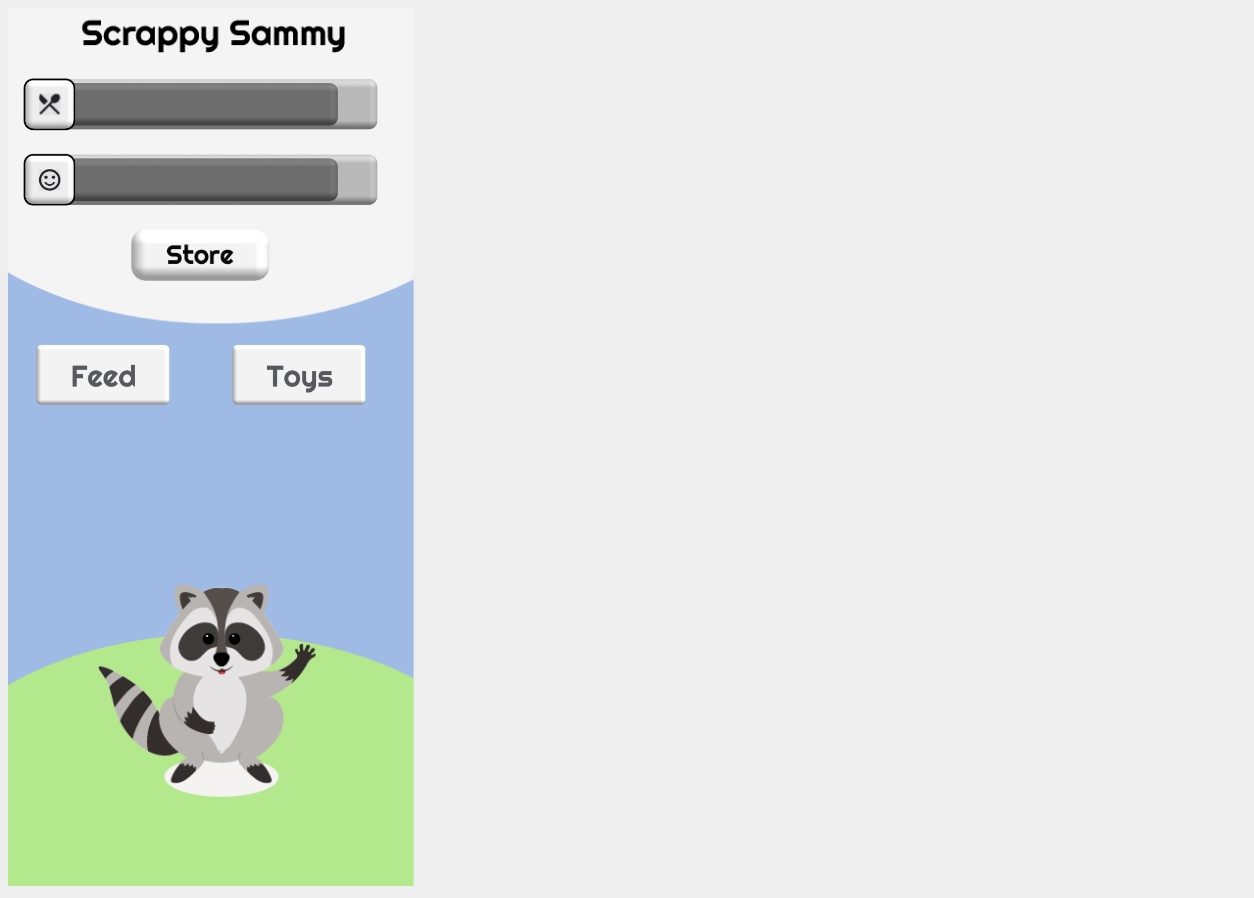
Repository: alemunden/Trash-Scavengers
Page: /Scrappy
The author's editor kept a copy of each file at every save. The page is drawn from the files as they stood at one save, then again after the next save.
The browser window is 1280 px wide. The pictures show the whole page, at 98% of full size.
The project was rebuilt for these pictures with package versions that can differ from the ones it lists, and the page was loaded fresh each time. The framework's server and built-in components were replaced by stand-ins that run in the browser. Also part of the build but not shown: next.config.mjs, components/NavBar/NavBar.module.css, components/NavBar/index.js, styles/quiz.module.css, components/Button/Button.module.css, components/Button/index.js, data/data.js, pages/quiz.js.

Above is the page before, as saved 2024-04-29 09:50:50.

After the next save:
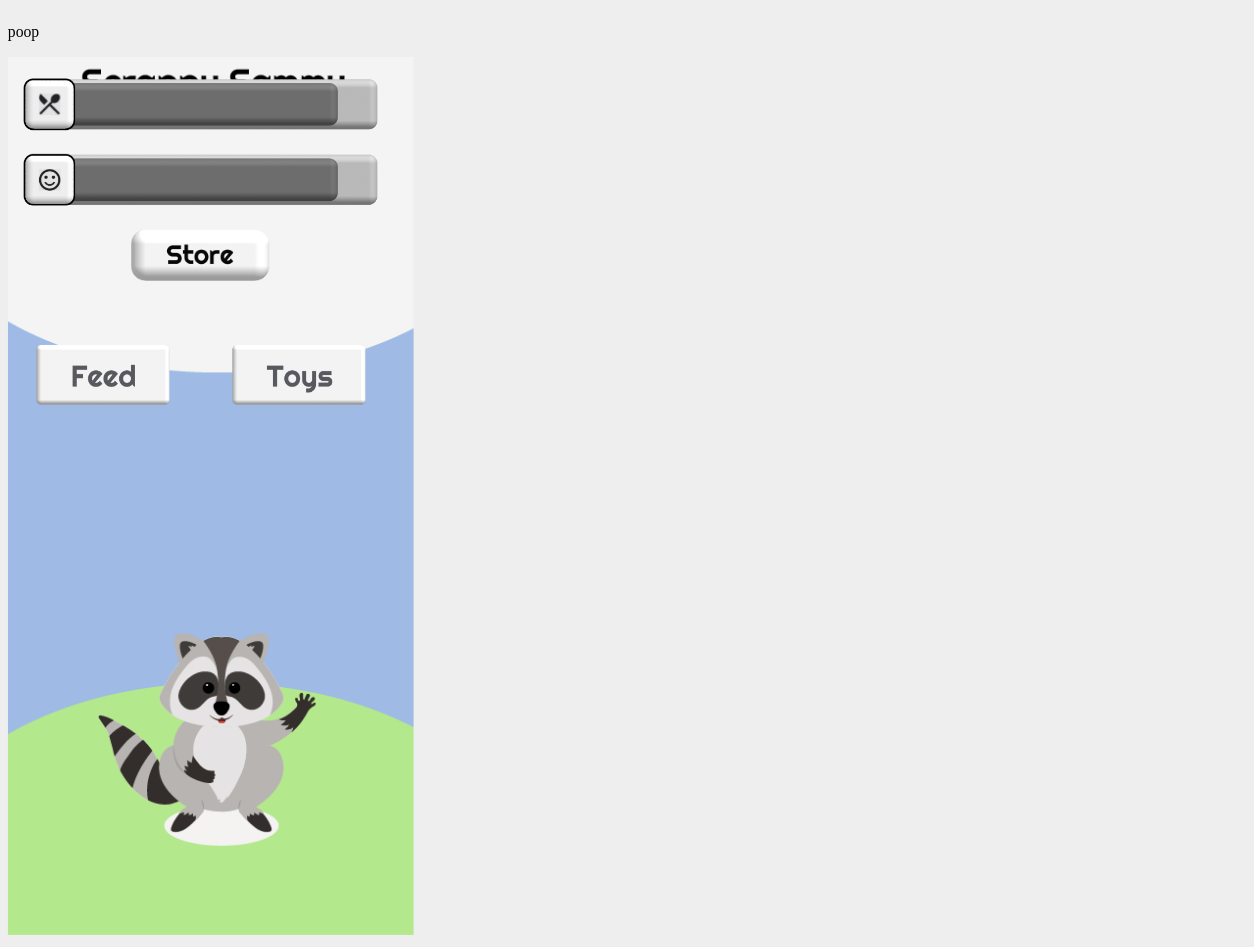
Saved 22 s later.
--- a/pages/Scrappy.js
+++ b/pages/Scrappy.js
@@ -9,7 +9,7 @@ export default function Scrappy() {
     return(
         <>
             <div className={styles.main}>
-                {result}
+                <p>{result} poop</p>
                 <div className={styles.statusBars}>
                     <Image src={'/foodbar.png'} height={52.86} width={360.57}/>
                     <Image src={'/happinessbar.png'} height={52.86} width={360.57}/>

After the save that followed:
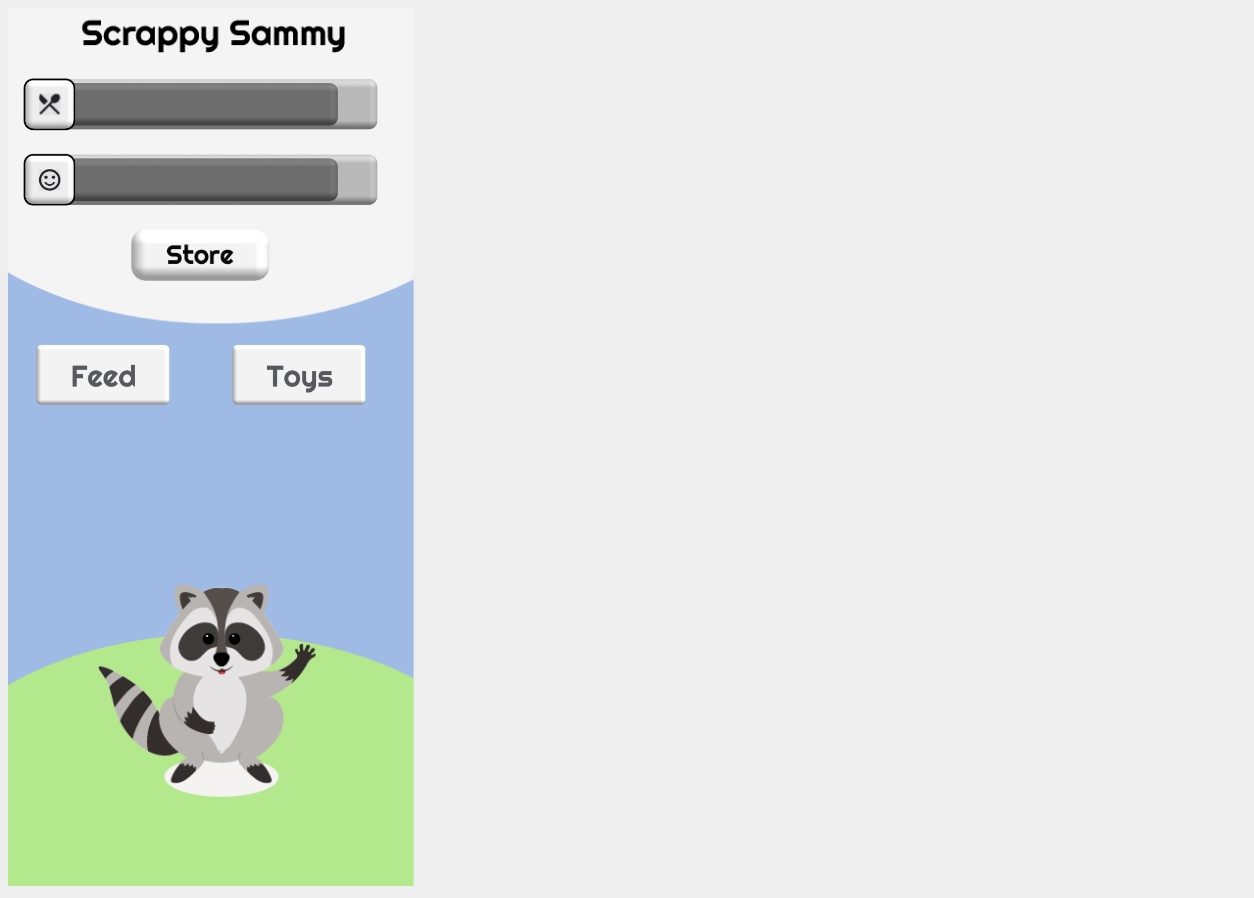
Saved 9 s later.
--- a/pages/Scrappy.js
+++ b/pages/Scrappy.js
@@ -9,7 +9,6 @@ export default function Scrappy() {
     return(
         <>
             <div className={styles.main}>
-                <p>{result} poop</p>
                 <div className={styles.statusBars}>
                     <Image src={'/foodbar.png'} height={52.86} width={360.57}/>
                     <Image src={'/happinessbar.png'} height={52.86} width={360.57}/>
